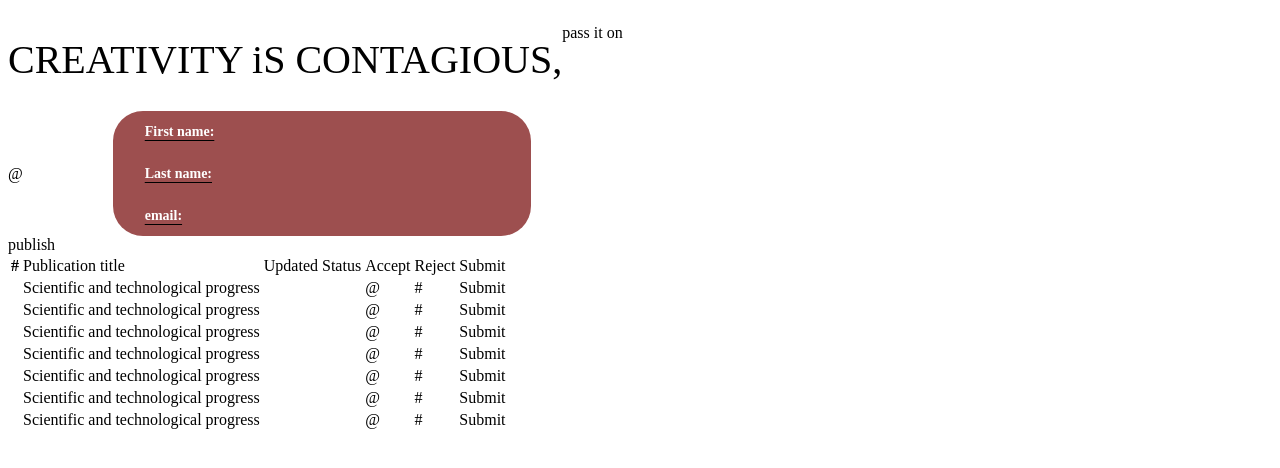
Repository: ceo-of-albeni/articles
Page: /
These files come from the project's save history. The page is drawn as it stood at one moment and after the next save; the edit follows.
The browser window is 1280 px wide. The pictures show the whole page.
The project was rebuilt for these pictures with package versions that can differ from the ones it lists, and the page was loaded fresh each time.

Above is the page before, as saved 2023-05-09 23:43:22.

### public/index.html
<!DOCTYPE html>
<html lang="en">
  <head>
    <meta charset="UTF-8" />
    <meta http-equiv="X-UA-Compatible" content="IE=edge" />
    <meta name="viewport" content="width=device-width, initial-scale=1.0" />
    <link rel="icon" href="%PUBLIC_URL%/favicon.ico" />
    <title>Scientist's room</title>
  </head>
  <body>
    <div id="root"></div>
  </body>
</html>

### src/App.js
import React from "react";
import Reviewer from "./reviewer's profil/reveiwer";

const App = () => {
  return (
    <>
      <div>
        <Reviewer/>
      </div>
    </>
  )
};

export default App;

### src/reviewer's profil/reveiwer.jsx
import "./reviewer.css";

export default function Reviewer() {
    return (
        <>
            <section className="reviewer_section">
                <div className="reviewer_thema">
                    <p className="upper ">CREATIVITY iS CONTAGIOUS,</p> <p className="lower text-3xl font-bold underline">pass it on</p>
                </div>
                <div className="reviewer_user">
                    <div className="user_logo">@</div>
                    <div className="user_data">
                        <p>First name:</p>
                        <p>Last name:</p>
                        <p>email:</p>
                    </div>
                </div>
                <div className="button_publish">
                    publish
                </div>
                <div className="table">
                    <table>
                        <tr>
                            <th>#</th>
                            <td>Publication title </td>
                            <td>Updated</td>
                            <td>Status</td>
                            <td>Accept</td>
                            <td>Reject</td>
                            <td>Submit</td>
                        </tr>
                        <tr>
                            <td></td>
                            <td>Scientific and technological progress</td>
                            <td></td>
                            <td></td>
                            <td>@</td>
                            <td>#</td>
                            <td>Submit</td>
                        </tr>
                        <tr>
                            <td></td>
                            <td>Scientific and technological progress</td>
                            <td></td>
                            <td></td>
                            <td>@</td>
                            <td>#</td>
                            <td>Submit</td>
                        </tr>
                        <tr>
                            <td></td>
                            <td>Scientific and technological progress</td>
                            <td></td>
                            <td></td>
                            <td>@</td>
                            <td>#</td>
                            <td>Submit</td>
                        </tr>
                        <tr>
                            <td></td>
                            <td>Scientific and technological progress</td>
                            <td></td>
                            <td></td>
                            <td>@</td>
                            <td>#</td>
                            <td>Submit</td>
                        </tr>
                        <tr>
                            <td></td>
                            <td>Scientific and technological progress</td>
                            <td></td>
                            <td></td>
                            <td>@</td>
                            <td>#</td>
                            <td>Submit</td>
                        </tr>
                        <tr>
                            <td></td>
                            <td>Scientific and technological progress</td>
                            <td></td>
                            <td></td>
                            <td>@</td>
                            <td>#</td>
                            <td>Submit</td>
                        </tr>
                        <tr>
                            <td></td>
                            <td>Scientific and technological progress</td>
                            <td></td>
                            <td></td>
                            <td>@</td>
                            <td>#</td>
                            <td>Submit</td>
                        </tr>
                    </table>
                </div>
            </section>
        </>
    )
}

### src/reviewer's profil/reviewer.css
.reviewer_section {
  container-type: inline-size;
}
.reviewer_section .reviewer_thema {
  display: flex;
  text-align: center;
}
.reviewer_section .reviewer_thema .upper {
  font-family: Esteban;
  font-size: 40px;
  font-weight: 400;
  line-height: 23px;
  letter-spacing: 0em;
  text-align: center;
  font-family: Mr De Haviland;
  font-size: 65px;
  font-weight: 400;
  line-height: 23px;
  letter-spacing: 0em;
  text-align: center;
  font-family: Gabriela;
  font-size: 40px;
  font-weight: 400;
  line-height: 23px;
  letter-spacing: 0em;
  text-align: center;
}
.reviewer_section .reviewer_user {
  display: flex;
  align-items: center;
  gap: 90px;
}
.reviewer_section .reviewer_user .user_data {
  width: 418px;
  height: 125px;
  left: 274px;
  top: 274px;
  background: #9D4F4F;
  border-radius: 30px;
  display: flex;
  flex-direction: column;
  justify-content: center;
}
.reviewer_section .reviewer_user .user_data p {
  padding-left: 32px;
  font-family: Muller;
  font-size: 14px;
  font-weight: 700;
  line-height: 14px;
  letter-spacing: 0em;
  text-align: left;
  color: white;
  text-decoration: underline;
  text-underline-offset: 0.3em;
  text-decoration-color: black;
}/*# sourceMappingURL=reviewer_20230509234322.css.map */

Loaded but not shown: src/index.js (common file)

After the next save:
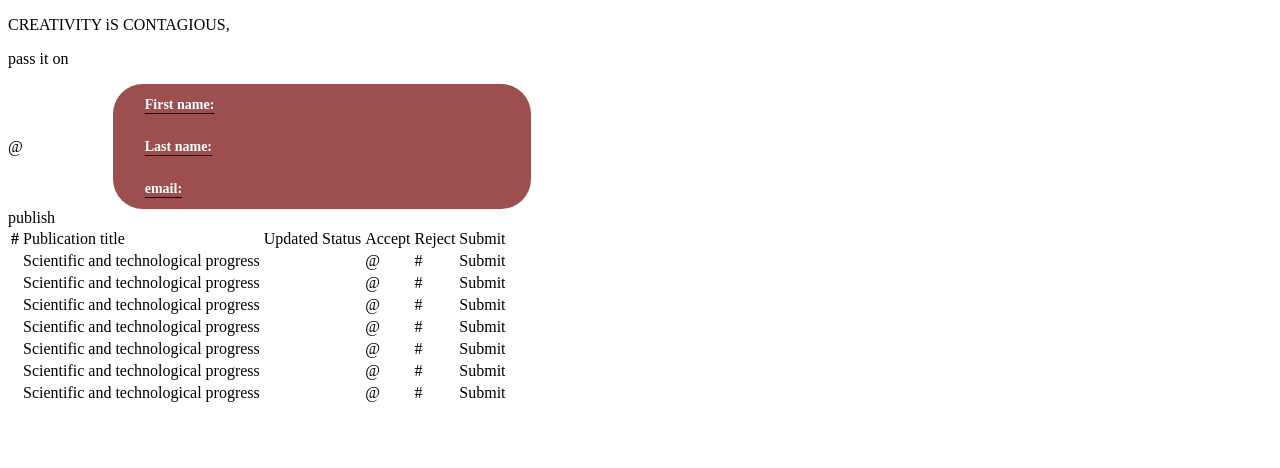
Saved 4 s later.
--- a/src/reviewer's profil/reviewer.css
+++ b/src/reviewer's profil/reviewer.css
@@ -1,11 +1,8 @@
-.reviewer_section {
-  container-type: inline-size;
-}
-.reviewer_section .reviewer_thema {
+.reviewer_section container-typ .reviewer_thema {
   display: flex;
   text-align: center;
 }
-.reviewer_section .reviewer_thema .upper {
+.reviewer_section container-typ .reviewer_thema .upper {
   font-family: Esteban;
   font-size: 40px;
   font-weight: 400;
@@ -53,4 +50,4 @@
   text-decoration: underline;
   text-underline-offset: 0.3em;
   text-decoration-color: black;
-}/*# sourceMappingURL=reviewer_20230509234322.css.map */
+}/*# sourceMappingURL=reviewer_20230509234326.css.map */

After the 2 saves that followed:
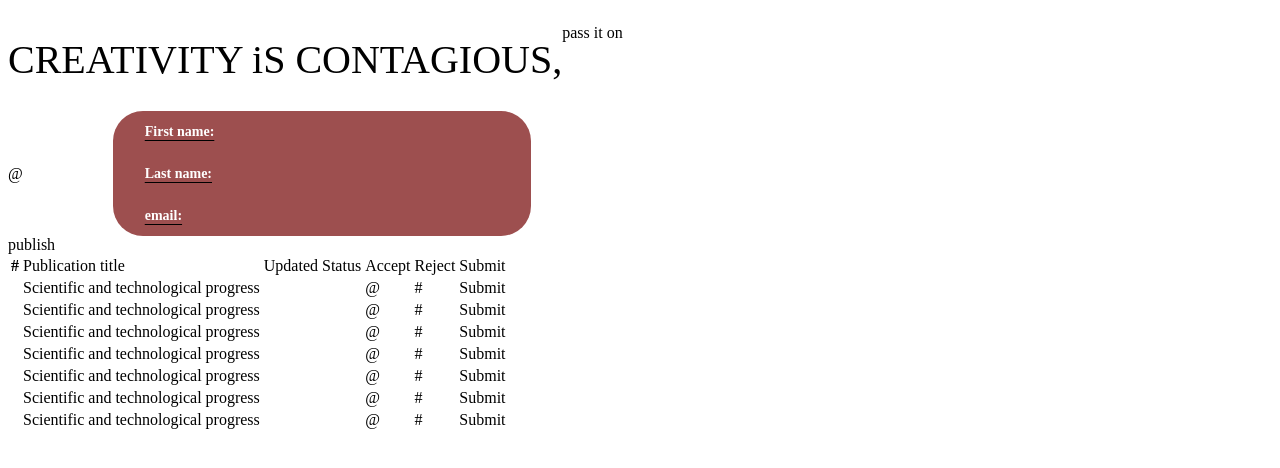
The 2 saves are shown as one change because 1 left the picture as it was.
The last was saved 7 s later.
--- a/src/reviewer's profil/reviewer.css
+++ b/src/reviewer's profil/reviewer.css
@@ -1,8 +1,8 @@
-.reviewer_section container-typ .reviewer_thema {
+.reviewer_section .reviewer_thema {
   display: flex;
   text-align: center;
 }
-.reviewer_section container-typ .reviewer_thema .upper {
+.reviewer_section .reviewer_thema .upper {
   font-family: Esteban;
   font-size: 40px;
   font-weight: 400;
@@ -50,4 +50,4 @@
   text-decoration: underline;
   text-underline-offset: 0.3em;
   text-decoration-color: black;
-}/*# sourceMappingURL=reviewer_20230509234326.css.map */
+}/*# sourceMappingURL=reviewer_20230509234333.css.map */
